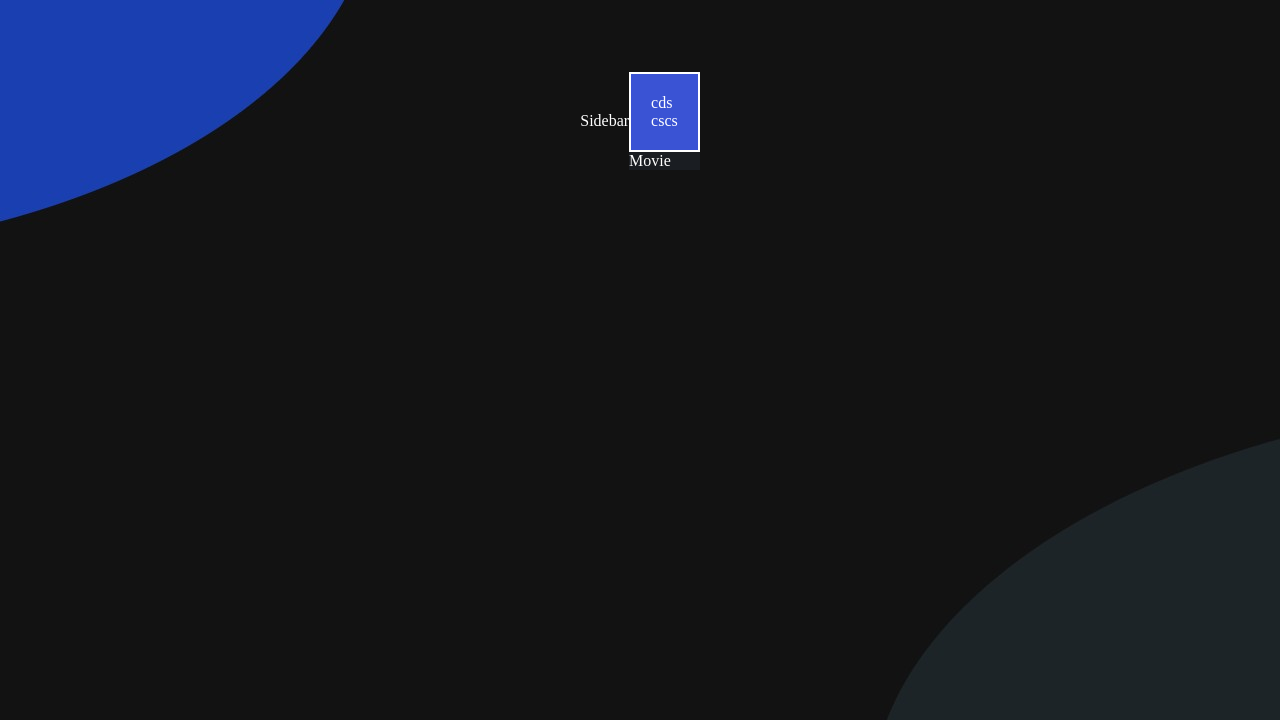
Repository: DevLaukey/movie-task
Page: /
An editor plug-in stored every save of this project. The page is shown before and after the next save, followed by the edit.
The browser window is 1280 px wide. The pictures show the whole page.
The project was rebuilt for these pictures with package versions that can differ from the ones it lists, and the page was loaded fresh each time. Also part of the build but not shown: src/components/Body/Movies.css, src/components/Sidebar/Sidebar.css.

Above is the page before, as saved 2022-06-15 13:00:54.

### src/App.js
import "./App.css"
import Body from "./components/Body/Body";
import Sidebar from "./components/Sidebar/Sidebar";

function App() {
  return (
    <main className="App">
      <div className="App__container">
        <Sidebar />
        <Body />
      </div>
    </main>
  );
}

export default App;

### src/index.css
*{
    padding: 0;
    margin: 0;
    box-sizing: border-box;

}

### src/features/counter/counterSlice.js
import { createAsyncThunk, createSlice } from '@reduxjs/toolkit';
import { fetchCount } from './counterAPI';

const initialState = {
  value: 0,
  status: 'idle',
};

// The function below is called a thunk and allows us to perform async logic. It
// can be dispatched like a regular action: `dispatch(incrementAsync(10))`. This
// will call the thunk with the `dispatch` function as the first argument. Async
// code can then be executed and other actions can be dispatched. Thunks are
// typically used to make async requests.
export const incrementAsync = createAsyncThunk(
  'counter/fetchCount',
  async (amount) => {
    const response = await fetchCount(amount);
    // The value we return becomes the `fulfilled` action payload
    return response.data;
  }
);

export const counterSlice = createSlice({
  name: 'counter',
  initialState,
  // The `reducers` field lets us define reducers and generate associated actions
  reducers: {
    increment: (state) => {
      // Redux Toolkit allows us to write "mutating" logic in reducers. It
      // doesn't actually mutate the state because it uses the Immer library,
      // which detects changes to a "draft state" and produces a brand new
      // immutable state based off those changes
      state.value += 1;
    },
    decrement: (state) => {
      state.value -= 1;
    },
    // Use the PayloadAction type to declare the contents of `action.payload`
    incrementByAmount: (state, action) => {
      state.value += action.payload;
    },
  },
  // The `extraReducers` field lets the slice handle actions defined elsewhere,
  // including actions generated by createAsyncThunk or in other slices.
  extraReducers: (builder) => {
    builder
      .addCase(incrementAsync.pending, (state) => {
        state.status = 'loading';
      })
      .addCase(incrementAsync.fulfilled, (state, action) => {
        state.status = 'idle';
        state.value += action.payload;
      });
  },
});

export const { increment, decrement, incrementByAmount } = counterSlice.actions;

// The function below is called a selector and allows us to select a value from
// the state. Selectors can also be defined inline where they're used instead of
// in the slice file. For example: `useSelector((state: RootState) => state.counter.value)`
export const selectCount = (state) => state.counter.value;

// We can also write thunks by hand, which may contain both sync and async logic.
// Here's an example of conditionally dispatching actions based on current state.
export const incrementIfOdd = (amount) => (dispatch, getState) => {
  const currentValue = selectCount(getState());
  if (currentValue % 2 === 1) {
    dispatch(incrementByAmount(amount));
  }
};

export default counterSlice.reducer;

### src/App.css
.App{
    background-image: url(../public/back.jpg);
    width: 100vw;
    height: 100vh;
    background-size: cover;
    background-repeat: no-repeat;
    color: #fff;
}
.App__container{
    position: absolute;
    display: flex;
    align-items: center;
    justify-content: center;
    padding: 10vh;
    width: 100%;
}

### src/components/Body/Body.js
import React from "react";
import "./Body.css";
import Movies from "./Movies";
import Nav from "./Nav/Nav";
function Body() {
  return (
    <div className="body">
      <Nav />
      <Movies />
    </div>
  );
}

export default Body;

### src/components/Sidebar/Sidebar.js
import React from 'react'
import "./Sidebar.css"
function Sidebar() {
  return (
    <div>Sidebar</div>
  )
}

export default Sidebar

### src/components/Body/Body.css
.body{
    background-color: #1a1d22;
}

### src/components/Body/Movies.js
import React from 'react'
import Movie from './Movie'
import "./Movies.css"
function Movies() {
  return (
      <div>
          <Movie />
    </div>
  )
}

export default Movies

### src/components/Body/Nav/Nav.js
import React from 'react'
import "./Nav.css"
function Nav() {
  return (
    <div className="nav">
      <div className="nav__logo">
        <div className="logo">
          cds
        </div>
        <div className="icon">
          cscs
        </div>
      </div>
    </div>
  )
}

export default Nav

### src/components/Body/Movie.js
import React from 'react'
import "./Movies.css"
function Movie() {
  return (
    <div>Movie</div>
  )
}

export default Movie

### src/components/Body/Nav/Nav.css
.nav{
    width: 100%;
    display: flex;
    justify-content: space-between;
    align-items: center;
    padding: 20px 20px;
    border: 2px solid #fff;
    background-color: #3a53d4;
}

Loaded but not shown: public/index.html (common file); src/index.js (common file); src/app/store.js (common file); src/reportWebVitals.js (common file); src/features/counter/counterAPI.js (common file)

After the next save:
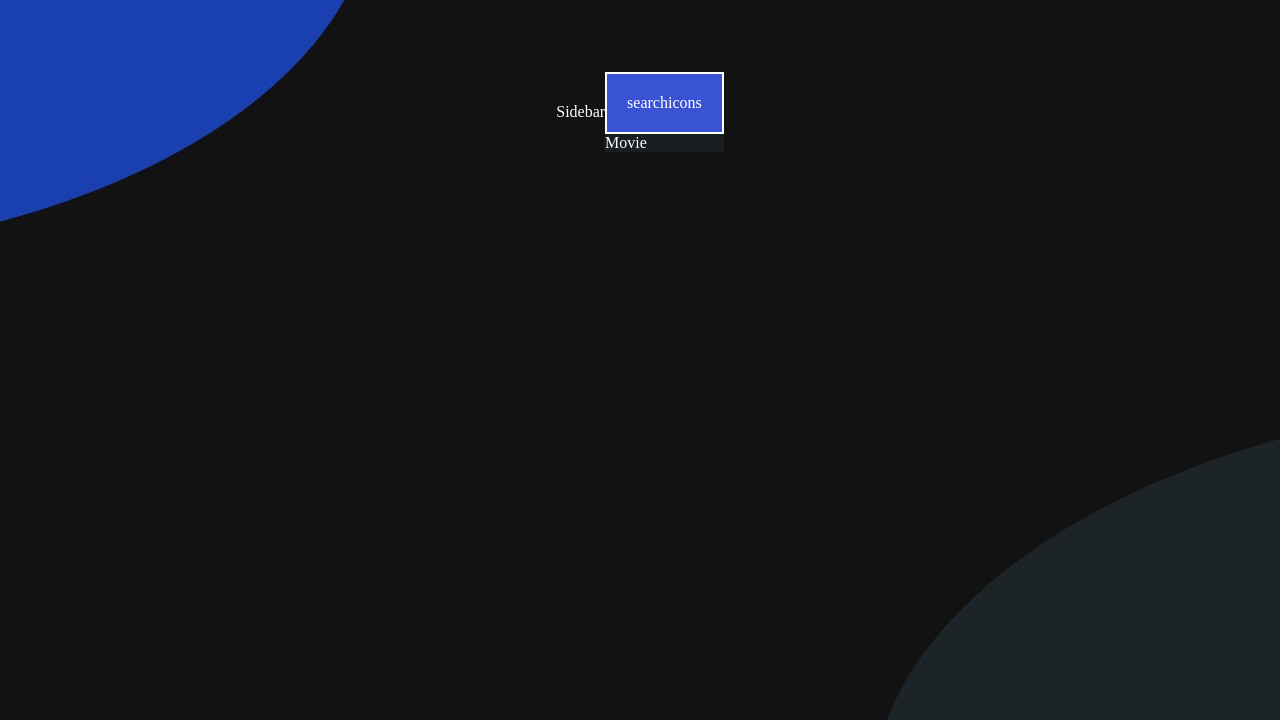
Saved 2 min 1 s later.
--- a/src/components/Body/Nav/Nav.js
+++ b/src/components/Body/Nav/Nav.js
@@ -3,13 +3,11 @@ import "./Nav.css"
 function Nav() {
   return (
     <div className="nav">
-      <div className="nav__logo">
-        <div className="logo">
-          cds
-        </div>
-        <div className="icon">
-          cscs
-        </div>
+      <div className="nav__search">
+        search
+      </div>
+      <div className="nav__icons">
+        icons
       </div>
     </div>
   )
